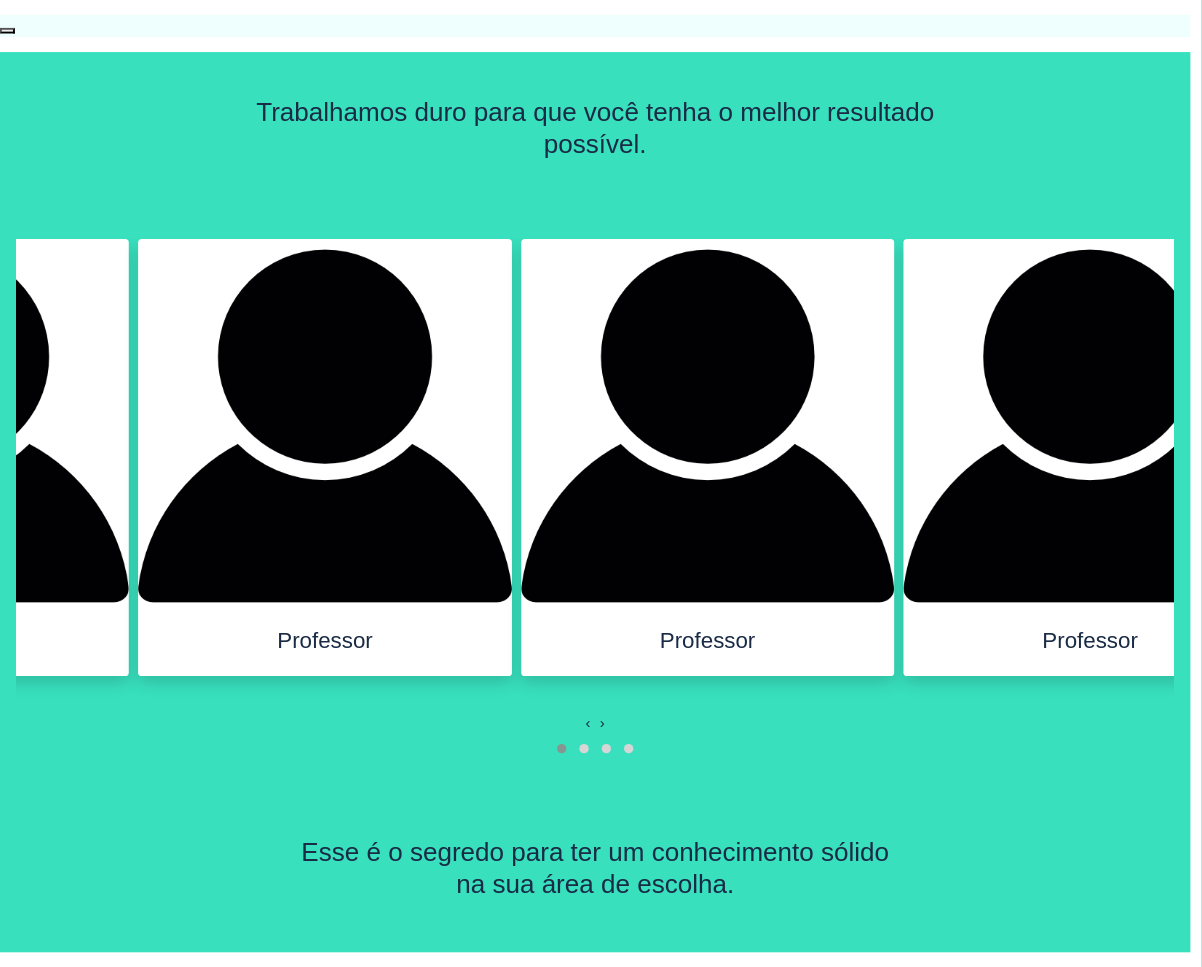
Repository: MarTech-Coders-Planejamento/site-oficial
Page: home.html
An editor plug-in stored every save of this project. The page is shown before and after the next save, followed by the edit.
The browser window is 1280 px wide. The page is 1292 px wide, so the pictures cover 1292 px, including what lies to the right of the window. The pictures show the whole page, at 93% of full size.
Some web fonts or font styles are not loaded; a fallback is used.

Above is the page before, as saved 2021-10-23 12:40:29.

After the next save:
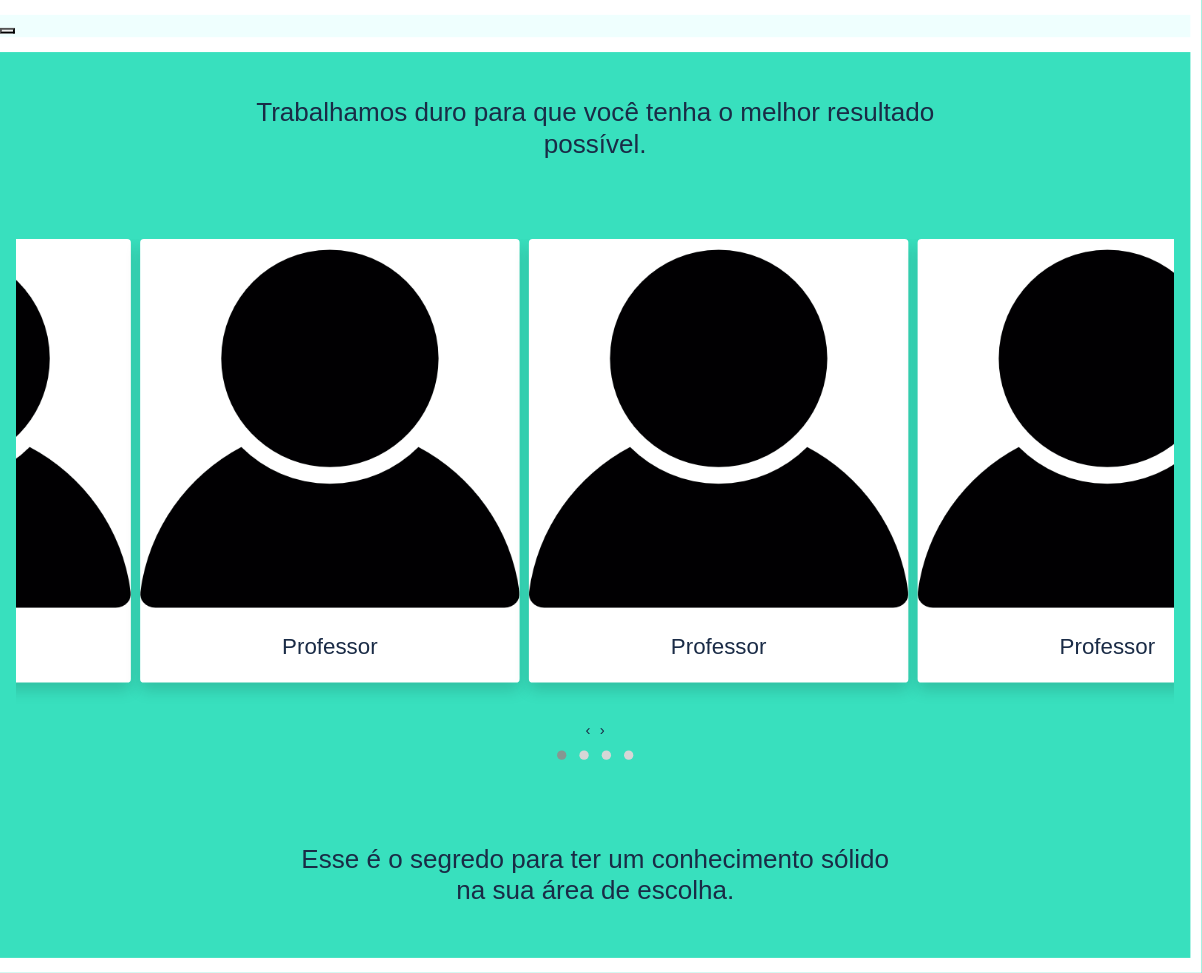
Saved 22 s later.
--- a/home.html
+++ b/home.html
@@ -293,7 +293,6 @@
         loop: true,
         autoplay: true,
         margin: 10,
-        stagePadding: 10,
         animateOut: "fadeOut",
         animateIn: "fadeIn",
         nav: true,
